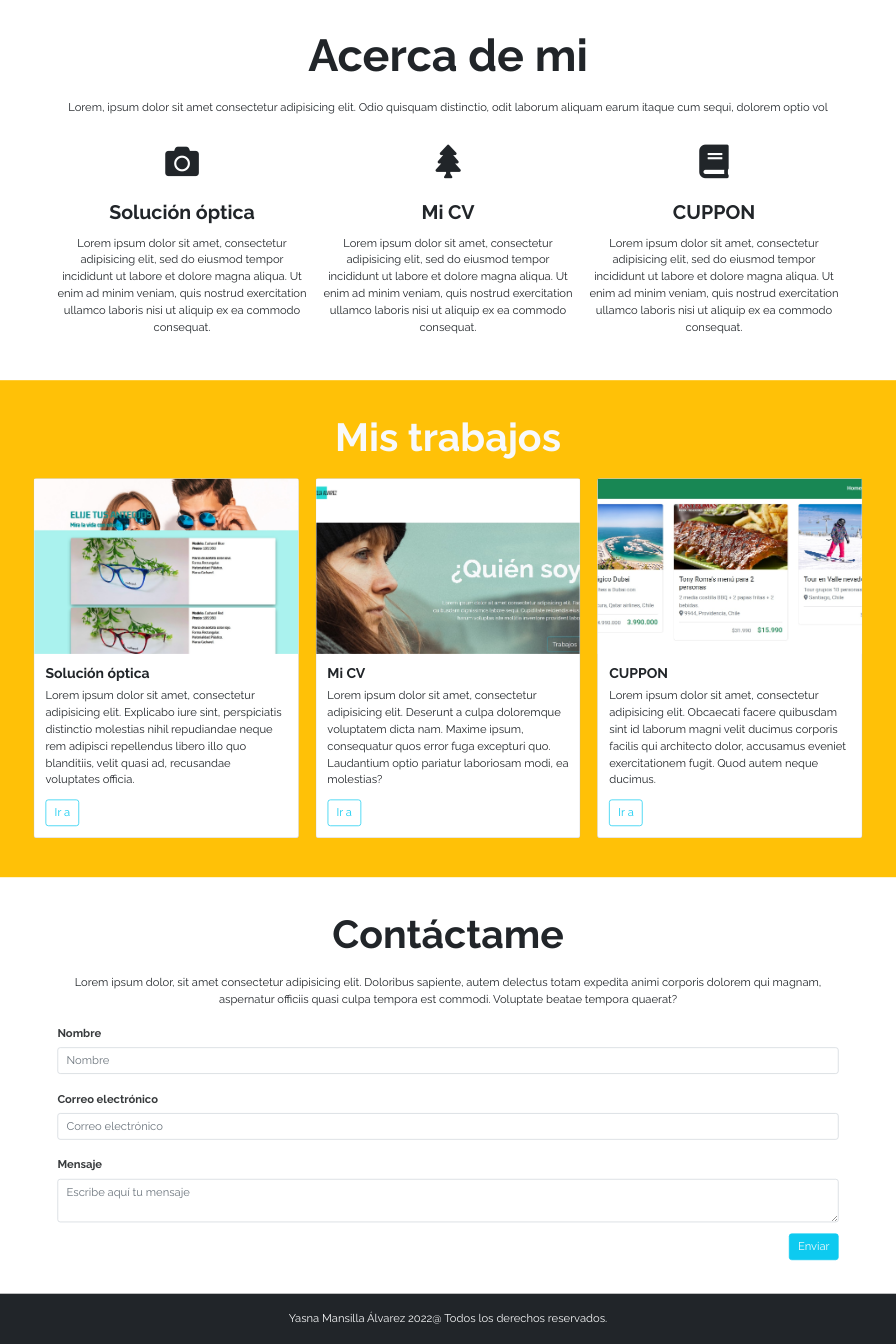
Repository: Yasna2112/Portafolio-final
Page: index.html
An editor plug-in stored every save of this project. The page is shown before and after the next save, followed by the edit.
The browser window is 1280 px wide. The pictures show the part of the page from y = 703 to 2623 px (the page is 2623 px tall), at 70% of full size.
Some web libraries are served in a nearby version.

Above is the page before, as saved 2022-07-23 07:36:52.

### index.html
<!DOCTYPE html>
<html lang="en">

<head>
    <meta charset="UTF-8">
    <meta http-equiv="X-UA-Compatible" content="IE=edge">
    <meta name="viewport" content="width=device-width, initial-scale=1.0">
    <link rel="preconnect" href="https://fonts.googleapis.com">
    <link rel="preconnect" href="https://fonts.gstatic.com" crossorigin>
    <link href="https://fonts.googleapis.com/css2?family=Raleway:wght@400;700&display=swap" rel="stylesheet">
    <link href="https://cdn.jsdelivr.net/npm/bootstrap@5.1.3/dist/css/bootstrap.min.css" rel="stylesheet"
        integrity="sha384-1BmE4kWBq78iYhFldvKuhfTAU6auU8tT94WrHftjDbrCEXSU1oBoqyl2QvZ6jIW3" crossorigin="anonymous">
    <title>Yasna Mansilla</title>
    <link rel="stylesheet" href="https://cdnjs.cloudflare.com/ajax/libs/font-awesome/5.9.0/css/all.min.css"
        integrity="sha512-q3eWabyZPc1XTCmF+8/LuE1ozpg5xxn7iO89yfSOd5/oKvyqLngoNGsx8jq92Y8eXJ/IRxQbEC+FGSYxtk2oiw=="
        crossorigin="anonymous" referrerpolicy="no-referrer" />
    <link rel="stylesheet" href="assets/css/styles.css">
</head>
<body>
    <nav class="navbar navbar-expand-lg  navbar-dark bg- link-light">
        <div class="container">
            <a class="navbar-brand" href="#">
                <img src="assets/img/Logo Yas.png" class="img-fluid">
            </a>
            <button class="navbar-toggler" type="button" data-bs-toggle="collapse"
                aria-controls="navbarSupportedContent" aria-expanded="false" aria-label="Toggle navigation">
                <span class="navbar-toggler-icon"></span>
            </button>
            <div class="collapse navbar-collapse" id="navbarSupportedContent">
                <ul class="navbar-nav ms-auto mb-2 mb-lg-0 fs-5">
                    <li class="nav-item">
                        <a class="nav-link" href="#">Acerca de mi</a>
                    </li>
                    <li class="nav-item">
                        <a class="nav-link" href="#">Trabajos</a>
                    </li>
                    <li class="nav-item">
                        <a class="nav-link" href="#">Contacto</a>
                    </li>

                </ul>

            </div>
        </div>
    </nav>

    <header id="Hero-Section" class="text-light text-end py-5 mt-5">
        <div class="container">
            <div class="ms-auto col-12 col-md-7 ">
                <h1 class="display-1 fw-bold my-5">
                    ¿Quién soy yo?
                </h1>
                <p class="my-5">
                    Lorem ipsum dolor sit amet consectetur adipisicing elit. Facilis, accusamus iusto quibusdam
                    dignissimos labore sequi. Cupiditate reiciendis eius dolore, illum adipisci harum voluptas iste
                    mollitia inventore provident labore voluptatum nemo.
                </p>
                <div class="mb-5 pb-5">
                    <button class="btn btn-lg btn-outline-info text-light me-4">Trabajos</button>
                    <button class="btn btn-lg btn-info text-light">Contacto</button>
                </div>
            </div>
        </div>
    </header>


    <section id="Acerca-de-mi" class="container text-center my-5">


        <h2 class="display-3 fw-bold my-4">Acerca de mi</h2>

        <p class="my-4">
            Lorem, ipsum dolor sit amet consectetur adipisicing elit. Odio quisquam distinctio, odit laborum aliquam
            earum itaque cum sequi, dolorem optio vol
        </p>


        <div class="row">
            <div class="col-12 col-md-4">
                <i class="fas fa-camera fa-3x my-3"></i>
                <h3 class="my-3 fw-bold">Solución óptica</h3>
                <p class="my-3">
                    Lorem ipsum dolor sit amet, consectetur adipisicing elit, sed do
                    eiusmod tempor incididunt ut labore et dolore magna aliqua. Ut enim
                    ad minim veniam, quis nostrud exercitation ullamco laboris nisi ut
                    aliquip ex ea commodo consequat.
                </p>
            </div>
            <div class="col-12 col-md-4">
                <i class="fas fa-tree fa-3x my-3"></i>
                <h3 class="my-3 fw-bold">Mi CV</h3>
                <p class="my-3">
                    Lorem ipsum dolor sit amet, consectetur adipisicing elit, sed do
                    eiusmod tempor incididunt ut labore et dolore magna aliqua. Ut enim
                    ad minim veniam, quis nostrud exercitation ullamco laboris nisi ut
                    aliquip ex ea commodo consequat.
                </p>
            </div>
            <div class="col-12 col-md-4">
                <i class="fas fa-book fa-3x my-3"></i>
                <h3 class="my-3 fw-bold">CUPPON</h3>
                <p class="my-3">
                    Lorem ipsum dolor sit amet, consectetur adipisicing elit, sed do
                    eiusmod tempor incididunt ut labore et dolore magna aliqua. Ut enim
                    ad minim veniam, quis nostrud exercitation ullamco laboris nisi ut
                    aliquip ex ea commodo consequat.
                </p>
            </div>
        </div>
    </section>


    <section id="Mis-trabajos" class="my-5 p-5 bg-warning">

        <h2 class="display-4 fw-bold text-center text-light mb-3">Mis trabajos</h2>

        <div class="row">
            <div class="col-12 col-sm-4 py-2">
                <div class="card">
                    <div class="image-top" style="background-image: url(assets/img/card-11.jpg)"></div>
                    <div class="card-body">
                        <h5 class="card-title fw-bold">Solución óptica</h5>
                        <p class="card-text">
                            Lorem ipsum dolor sit amet, consectetur adipisicing elit.
                            Explicabo iure sint, perspiciatis distinctio molestias nihil
                            repudiandae neque rem adipisci repellendus libero illo quo
                            blanditiis, velit quasi ad, recusandae voluptates officia.
                        </p>
                        <button type="button" class="btn btn-outline-info">
                           Ir a
                        </button>
                    </div>
                </div>
            </div>
            <div class="col-12 col-sm-4 py-2">
                <div class="card">
                    <div class="image-top" style="background-image: url(assets/img/card-22.jpg)"></div>
                    <div class="card-body">
                        <h5 class="card-title fw-bold">Mi CV</h5>
                        <p class="card-text">
                            Lorem ipsum dolor sit amet, consectetur adipisicing elit.
                            Deserunt a culpa doloremque voluptatem dicta nam. Maxime ipsum,
                            consequatur quos error fuga excepturi quo. Laudantium optio
                            pariatur laboriosam modi, ea molestias?
                        </p>
                        <button type="button" class="btn btn-outline-info">
                            Ir a
                        </button>
                    </div>
                </div>
            </div>
            <div class="col-12 col-sm-4 py-2">
                <div class="card">
                    <div class="image-top" style="background-image: url(assets/img/card-33.jpg)"></div>
                    <div class="card-body">
                        <h5 class="card-title fw-bold">CUPPON</h5>
                        <p class="card-text">
                            Lorem ipsum dolor sit amet, consectetur adipisicing elit.
                            Obcaecati facere quibusdam sint id laborum magni velit ducimus
                            corporis facilis qui architecto dolor, accusamus eveniet
                            exercitationem fugit. Quod autem neque ducimus.
                        </p>
                        <button type="button" class="btn btn-outline-info">
                            Ir a
                        </button>
                    </div>
                </div>
            </div>
        </div>

    </section>



    <section id="Contacto" class="container my-5">

        <h2 class="display-4 fw-bold text-center my-4">Contáctame</h2>

        <p class="text-center my-4 d-none d-md-block">Lorem ipsum dolor, sit amet consectetur adipisicing elit.
            Doloribus
            sapiente, autem delectus totam expedita
            animi corporis dolorem qui magnam, aspernatur officiis quasi culpa tempora est commodi. Voluptate beatae
            tempora quaerat?</p>

        <form>


            <div class="form-group mb-4">
                <label class="mb-2">Nombre</label>
                <input class="form-control" placeholder="Nombre">
            </div>

            <div class="form-group mb-4">
                <label class="mb-2">Correo electrónico</label>
                <input class="form-control" placeholder="Correo electrónico" />
            </div>


            <div class="form-group">
                <label class="mb-2">Mensaje</label>
                <textarea class="form-control" placeholder="Escribe aquí tu mensaje"></textarea>
            </div>

            <div class="my-3 text-end">
                <button class="btn btn-info text-light">Enviar</button>
            </div>



        </form>

    </section>



    <footer class="bg-dark text-center text-light p-4">
        <p class="mb-0">Yasna Mansilla Álvarez 2022@ Todos los derechos reservados.</p>
    </footer>


    <script src="https://cdn.jsdelivr.net/npm/bootstrap@5.1.3/dist/js/bootstrap.bundle.min.js"
        integrity="sha384-ka7Sk0Gln4gmtz2MlQnikT1wXgYsOg+OMhuP+IlRH9sENBO0LRn5q+8nbTov4+1p"
        crossorigin="anonymous"></script>
</body>

</html>

### assets/css/styles.css
body {
    font-family: "Raleway", sans-serif;
  }

  /* Hero Section */

  #Hero-Section {
    background-image: url("../img/bg-hero2.jpg");
    background-repeat: no-repeat;
    background-size: cover;
    background-position: left;
  }

  /* Mis trabajos */

  #Mis-trabajos .image-top {
    height: 250px;
    background-repeat: no-repeat;
    background-size: cover;
    background-position: center;
  }

  /* Contacto */

  #Contacto form label {
    font-weight: 700;
    color: #373a3c;
  }

  @media (max-width: 768px) {
    #Contacto form label {
      font-weight: 400;
    }

    .navbar-brand{
      width: 100px;
    }

  }

After the next save:
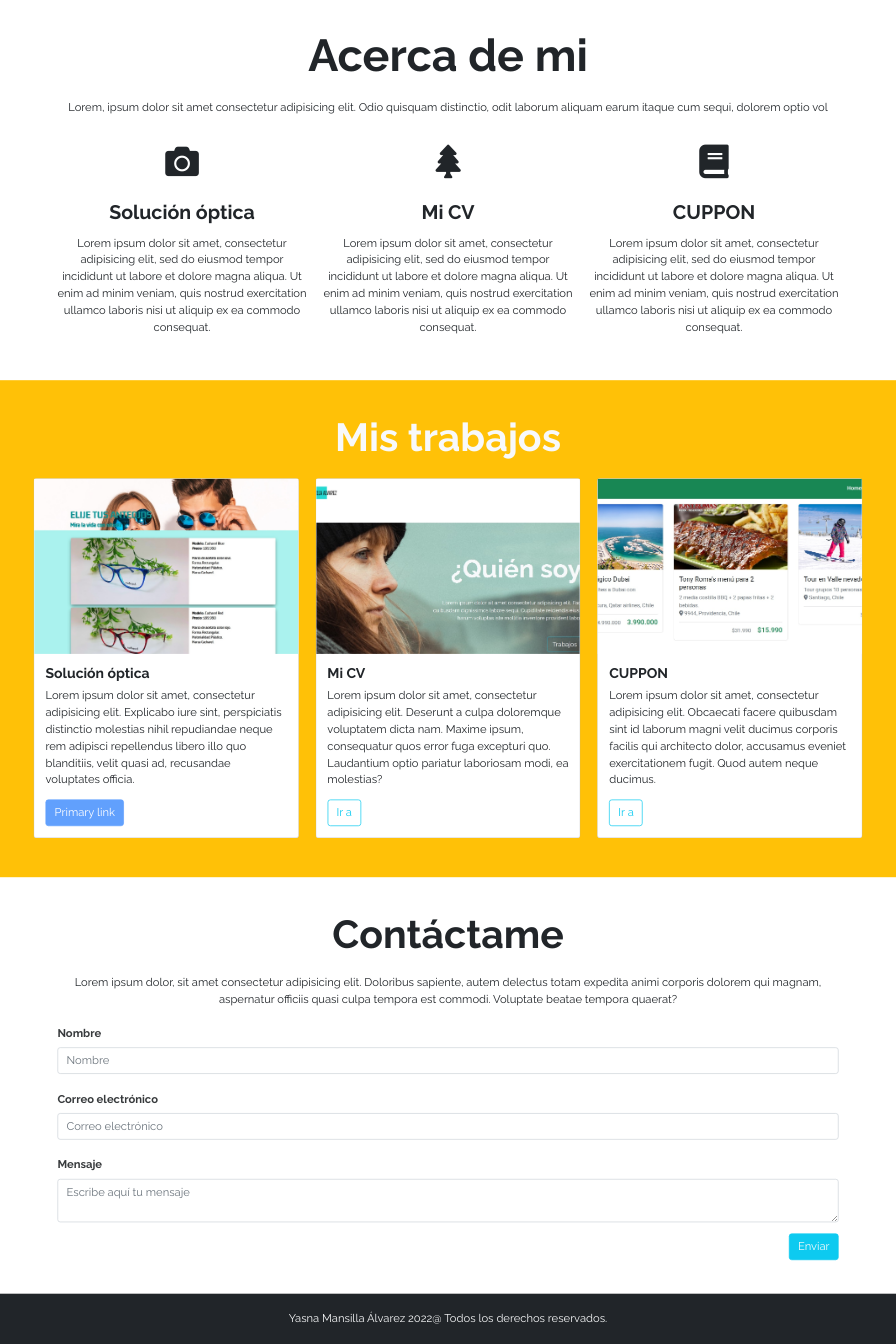
Saved 3 min 40 s later.
--- a/index.html
+++ b/index.html
@@ -126,9 +126,8 @@
                             repudiandae neque rem adipisci repellendus libero illo quo
                             blanditiis, velit quasi ad, recusandae voluptates officia.
                         </p>
-                        <button type="button" class="btn btn-outline-info">
-                           Ir a
-                        </button>
+                        <a href="#" class="btn btn-primary disabled" tabindex="-1" role="button" aria-disabled="true">Primary link</a>
+
                     </div>
                 </div>
             </div>
